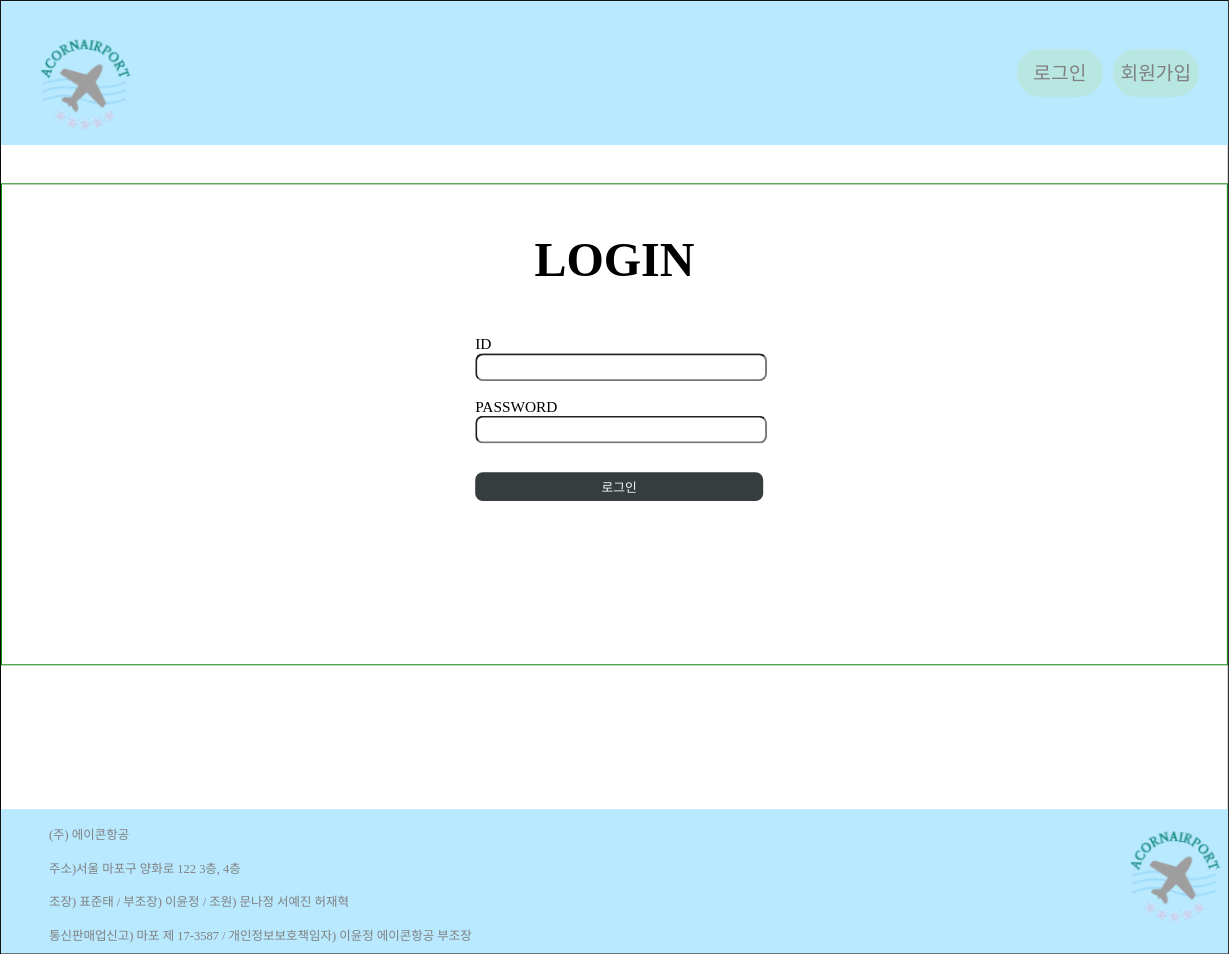
Repository: juntae710/Acorn_AirlineReservation_Project
Page: http://localhost/prj3_1/WEB-INF/views/h_login.jsp
These files come from the project's save history. The page is drawn as it stood at one moment and after the next save; the edit follows.
The browser window is 1280 px wide. The pictures show the whole page, at 96% of full size.
The page is served by Tomcat 9. Nobody is signed in. Other server files are loaded and not shown. The template is opened directly, without the code that normally fills it, so the values that code supplies are empty.

Above is the page before, as saved 2023-09-20 03:29:23.

### Eclipse/prj3_1/src/main/webapp/WEB-INF/views/h_login.jsp
<%@ page language="java" contentType="text/html; charset=UTF-8"
	pageEncoding="UTF-8"%>
<!DOCTYPE html>
<html>
<link href="./css/HF.css" rel="stylesheet" type="text/css">
</head>
<link href="./css/Login.css" rel="stylesheet" type="text/css">
</head>

</head>

<body>

	<main>
		<header>
			<div class="headerimg">
				<img alt="이미지"
					src="<%=request.getContextPath()%>/img/acornairport.png">
			</div>

			<%
			String id = (String) session.getAttribute("id");
			%>

			<div class="headerAtag">
				<%
				if (id == null) {
				%>
				<div class="a_box">
					<a href="<%=request.getContextPath()%>/h_login">로그인</a>
				</div>
				<%

				%>
				<div class="a_box">
					<a href="<%=request.getContextPath()%>/l_join">회원가입</a>
				</div>
				<%
				} else {
				%>
				<p>
					아이디:
					<%=id%>님
				</p>
				<div class="a_box">
					<a href="<%=request.getContextPath()%>/h_logOut">로그아웃</a>
				</div>
				<div class="a_box">
					<a href="<%=request.getContextPath()%>/smain">마이페이지</a>
				</div>

				<%
				}
				%>
			</div>

		</header>

		<section>
			<div class="loginBox">
				<div class="loginHead">LOGIN</div>

				<form action="<%=request.getContextPath()%>/h_login" method="post">
					<div class="inputBox">
						<div class="inputName">
							ID <br> <input type="text" name="id">
						</div>
						<br>
						<div class="inputName">
							PASSWORD <br> <input type="password" name="pw"> <br>
						</div>
						<div class="inputName">
							<button>로그인</button>
						</div>
				</form>
			</div>



			<%
			String failMessage = (String) request.getAttribute("failMessage");
			%>
			<%
			if (failMessage != null) {
			%>
			<script>
            alert("<%=failMessage%>
				");
			</script>
			<%
			}
			%>
		</section>



		<footer>
			<div class="footer_info">
				<br>(주) 에이콘항공 <br> <br> 주소)서울 마포구 양화로 122 3층, 4층 <br>
				<br> 조장) 표준태 / 부조장) 이윤정 / 조원) 문나정 서예진 허재혁 <br> <br>
				통신판매업신고) 마포 제 17-3587 / 개인정보보호책임자) 이윤정 에이콘항공 부조장
			</div>
			<div class="footer_img">
				<img alt="이미지"
					src="<%=request.getContextPath()%>/img/acornairport.png">
			</div>
		</footer>
	</main>


</body>
</html>

### Eclipse/prj3_1/src/main/webapp/css/HF.css
@charset "UTF-8";

* {
	margin: 0;
}

main {
	border: 1px solid black;
}

header {
	background-color: #B8E9FF;
	height: 150px;
	display: flex;
	position: relative;
}

.headerimg {
	width: 200px;
	height: 70px;
	position: absolute;
	left: 30px;
	top: 30px;
}

.headerAtag {
	display: flex;
	width: 200px;
	height: 50px;
	position: absolute;
	right: 30px;
	top: 30px;
	text-align: center;
}

section {
	border: 1px solid green;
	height: 500px;
	margin-top: 40px;
}

footer {
	height: 150px;
	margin-top: 150px;
	margin-bottom: 0px;
	display: flex;
	background-color: #B8E9FF ;
}
a{
	color: gray;
	text-decoration: none;
	}


.a_box{
		margin-top: 20px;
		border-radius: 40px;
		background-color: #B8E6E1;
		width: 100px;
		height: 50px;
		line-height: 50px;
		margin-left: 10px;
		font-size: 20px;
		}

.footer_info {
	margin-left: 50px;
	width: 1000px;
	font-size: 13px;
	color: gray;
}

.footer_img {
	width: 200px;
	height: 100px;
	margin-left: 600px;
	margin-top: 13px;
}

### Eclipse/prj3_1/src/main/webapp/css/Login.css
@charset "UTF-8";

* {
	margin: 0;
	padding: 0;
}

.loginBox {
	width: 500px;
	height: 400px;
	margin: 0 auto;
	margin-top: 50px;
	border-radius: 30px
}

form {
	width: 300px;
	margin: 0 auto;
	margin-top: 30px;
}

.loginHead {
	font-size: 50px;
	font-weight: bolder;
	text-align: center;
	border-radius: 30px
}

.inputBox {
	margin-top: 50px;
}

.inputName {
	margin-left: 5px;
}

input {
	height: 25px;
	width: 300px;
	border-radius: 8px;
}

button {
	width: 300px;
	height: 30px;
	background-color: rgb(55, 61, 63);
	margin-top: 30px;
	color: aliceblue;
	border-radius: 8px;
	border: none;
}

button:active {
	background-color: rgb(152, 153, 153);
}

After the next save:
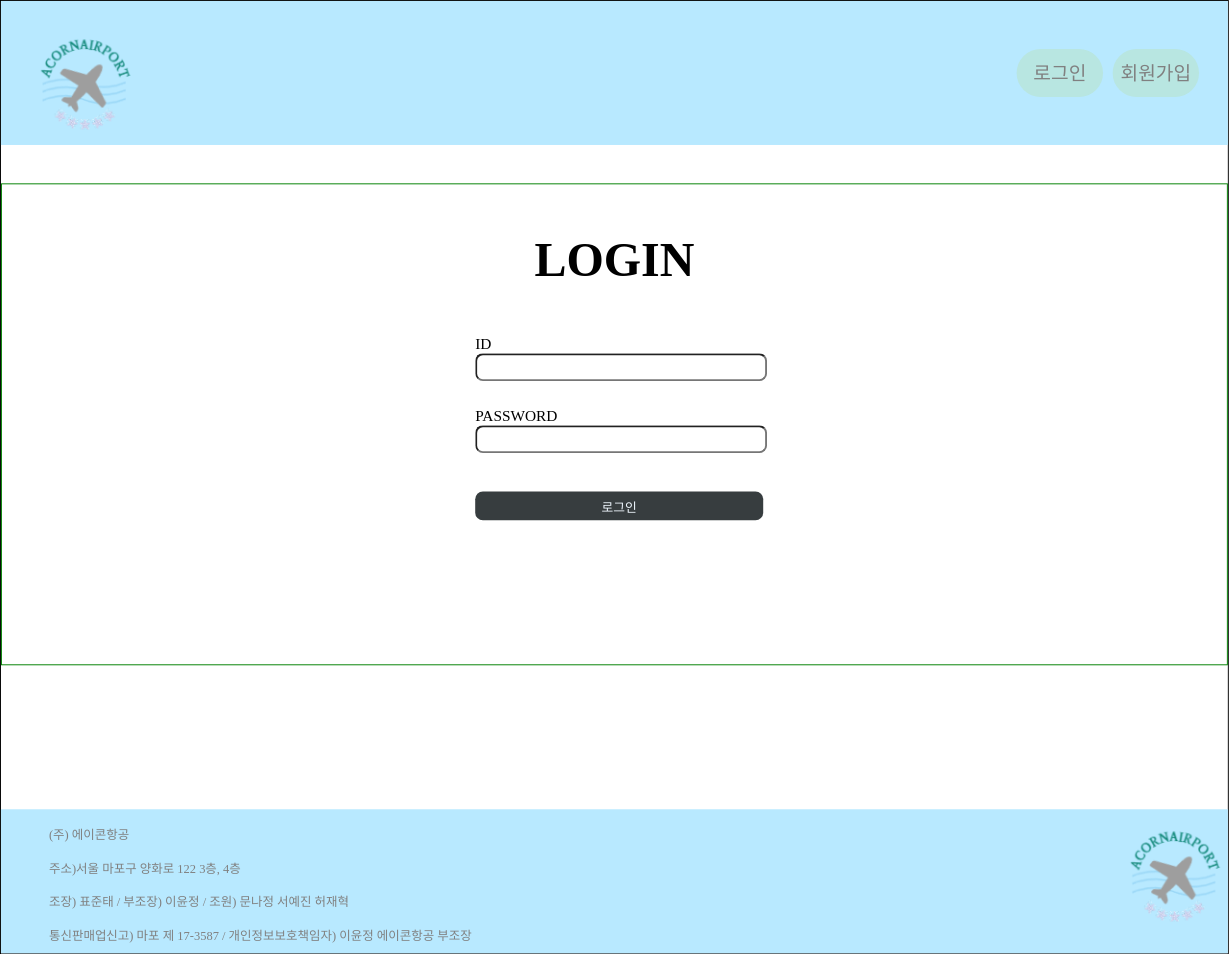
Saved 38 s later.
--- a/Eclipse/prj3_1/src/main/webapp/css/Login.css
+++ b/Eclipse/prj3_1/src/main/webapp/css/Login.css
@@ -32,6 +32,7 @@ form {
 
 .inputName {
 	margin-left: 5px;
+	margin-top: 10px;
 }
 
 input {
